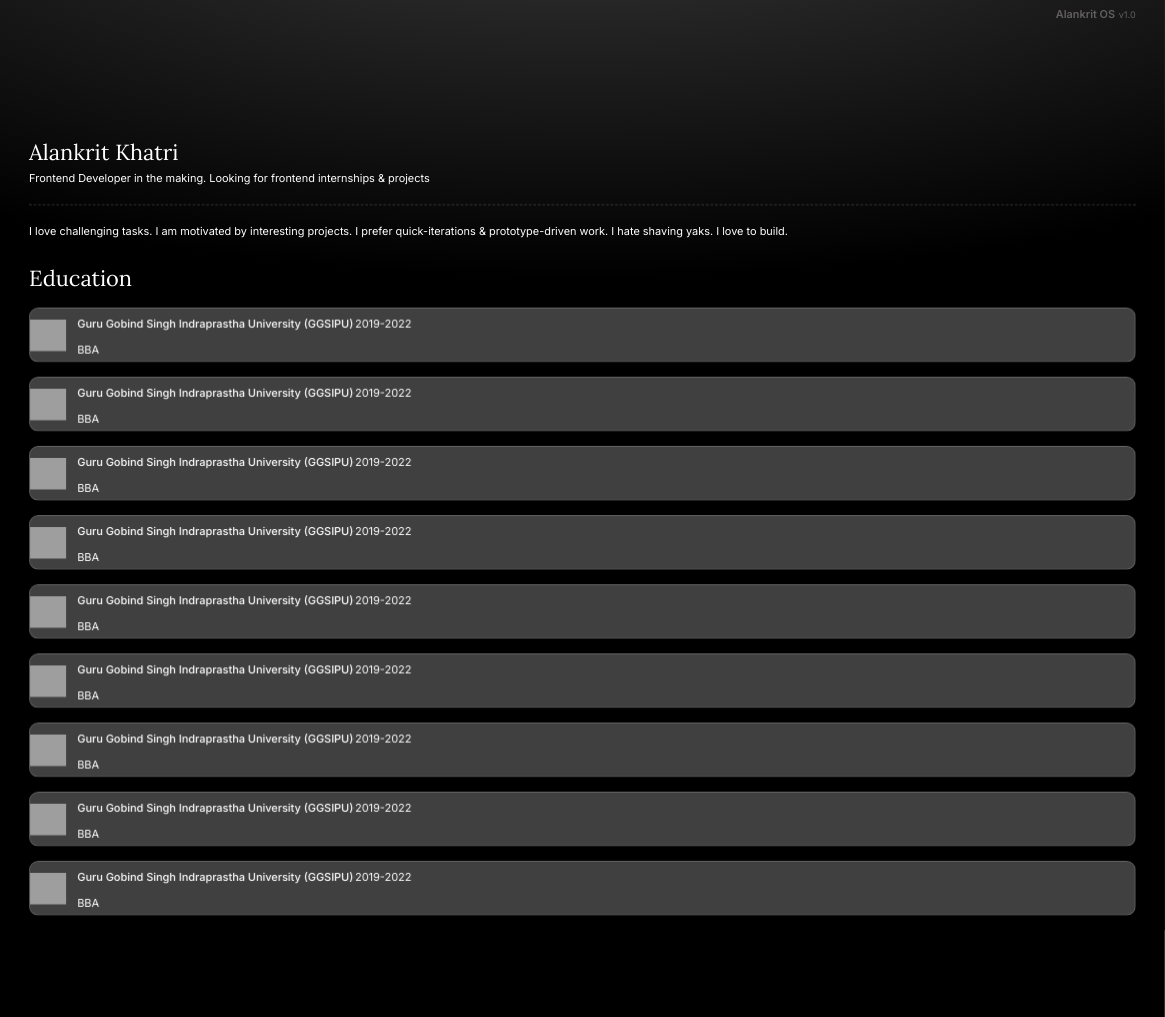
Repository: alankritkhatri/alankrit.xyz
Page: /
An editor plug-in stored every save of this project. The page is shown before and after a run of saves, followed by the edit.
The browser window is 1280 px wide. The pictures show the whole page, at 91% of full size.
Pictures or frames that could not be fetched are drawn as grey boxes. The project was rebuilt for these pictures with package versions that can differ from the ones it lists, and the page was loaded fresh each time. Also part of the build but not shown: vite.config.js, src/blog.jsx.

Above is the page before, as saved 2024-08-11 21:09:57.

After the next 4 saves:
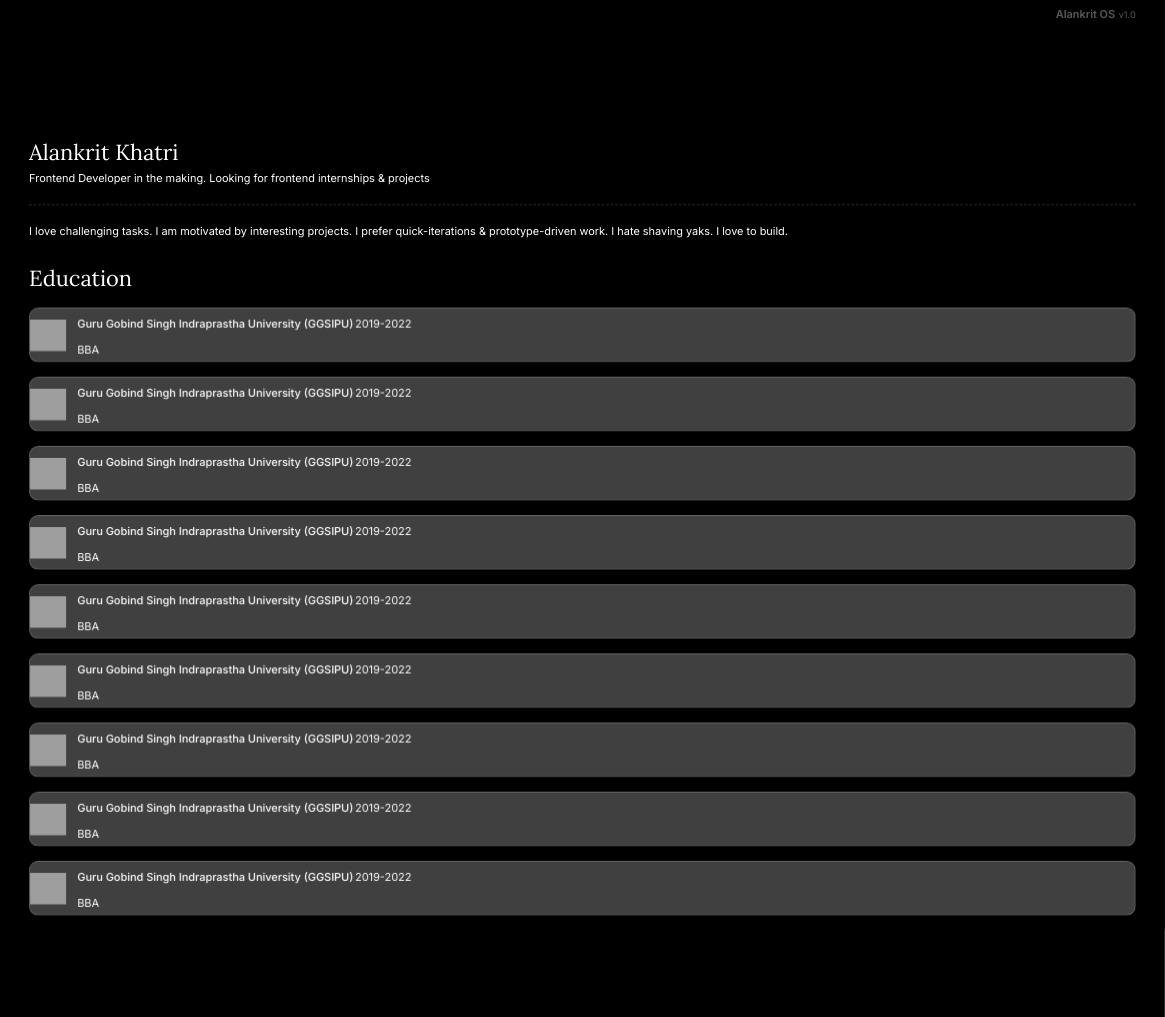
The 4 saves are shown as one change because they came seconds apart.
The last was saved 10 s later.
--- a/src/App.css
+++ b/src/App.css
@@ -7,7 +7,7 @@
 
 body,html{
   min-height: 100vh;
-background: radial-gradient(100% 50% at 50% -20%, #404040, #000000)
+background: radial-gradient(100% 20% at 50% -20%, #404040, #000000)
 }
 .main {
 

After the save that followed:
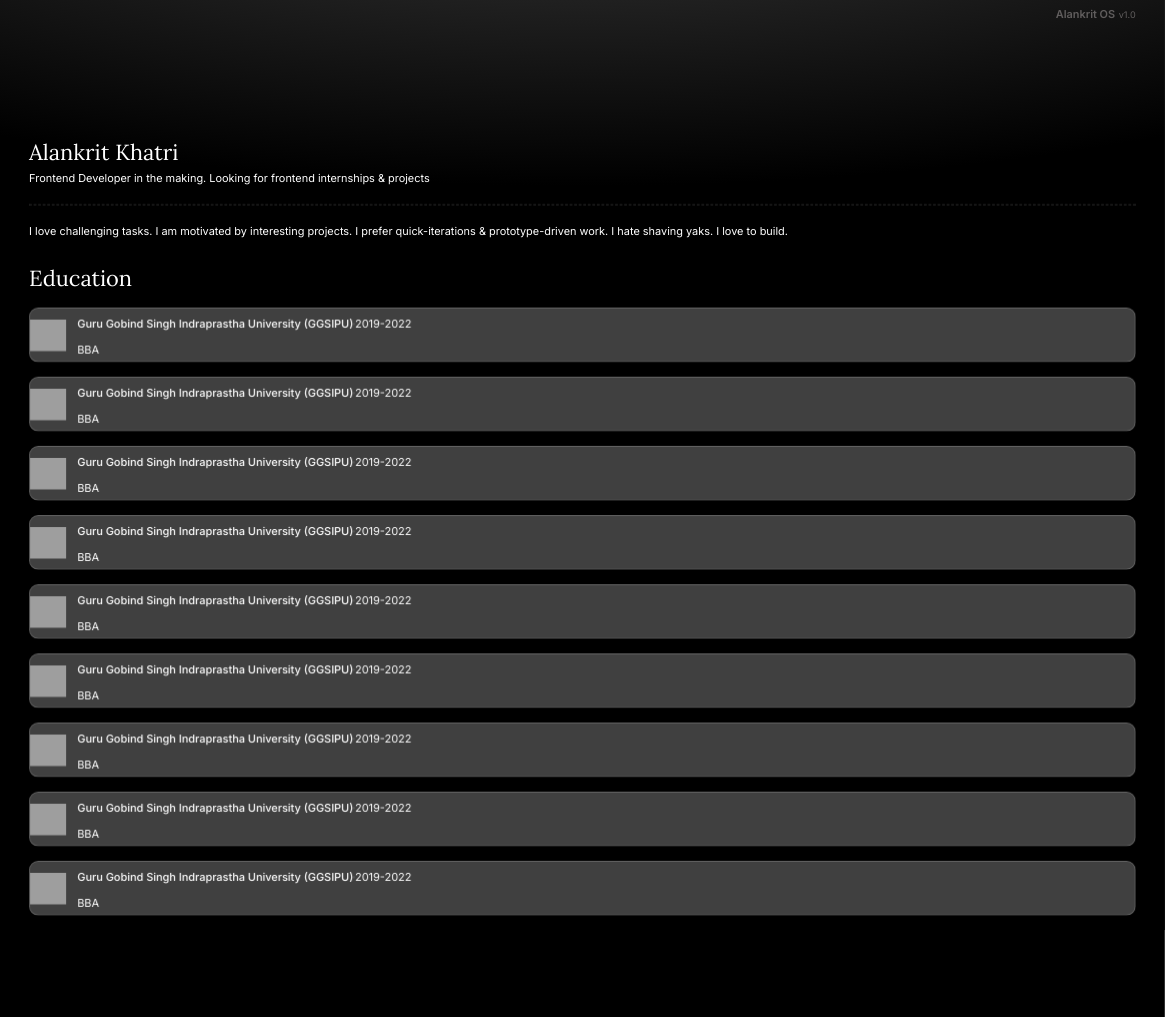
Saved 6 s later.
--- a/src/App.css
+++ b/src/App.css
@@ -7,7 +7,7 @@
 
 body,html{
   min-height: 100vh;
-background: radial-gradient(100% 20% at 50% -20%, #404040, #000000)
+background: radial-gradient(100% 40% at 50% -20%, #404040, #000000)
 }
 .main {
 
